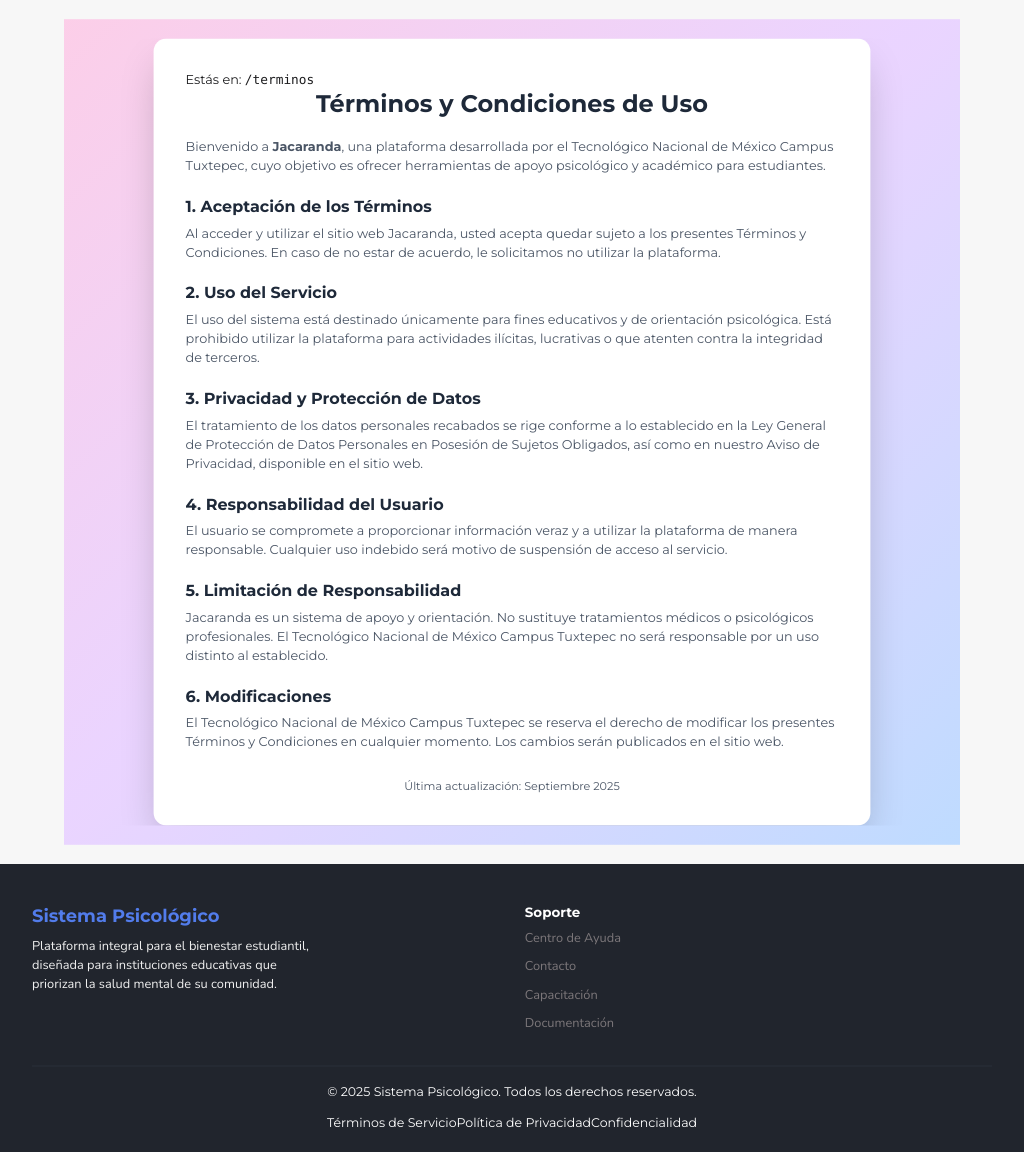
Repository: moon1710/SistemaPsico
Page: /terminos (app in client/)
The author's editor kept a copy of each file at every save. The page is drawn from the files as they stood at one save, then again after the next save.
The browser window is 1280 px wide. The pictures show the whole page, at 80% of full size.
The project was rebuilt for these pictures with package versions that can differ from the ones it lists, and the page was loaded fresh each time. Also part of the build but not shown: client/vite.config.js, client/src/components/onboarding/onboardingConfig.js, client/src/components/onboarding/TutorialSteps.jsx, client/src/components/onboarding/WelcomeForm.jsx, client/src/components/onboarding/OnboardingModal.jsx, client/src/components/layout/AdaptiveSidebar/sidebarConfig.jsx, client/src/components/layout/AdaptiveSidebar/MenuItem.jsx, client/src/components/layout/AdaptiveSidebar/SidebarHeader.jsx and 40 more.

Above is the page before, as saved 2025-09-21 17:29:14.

### client/index.html
<!doctype html>
<html lang="en">
  <head>
    <meta charset="UTF-8" />
    <link rel="icon" type="image/svg+xml" href="/idea.png" />
    <meta name="viewport" content="width=device-width, initial-scale=1.0" />
    <title>Sistema Psicológico</title>
  </head>
  <body>
    <div id="root"></div>
    <script type="module" src="/src/main.jsx"></script>
  </body>
</html>

### client/src/App.jsx
import React from "react";
import { Routes, Route } from "react-router-dom";
import { useAuth } from "./contexts/AuthContext";

// Importar el provider y componentes del onboarding
import { OnboardingProvider } from "./contexts/OnboardingContext";
import OnboardingModal from "./components/onboarding/OnboardingModal";

import Layout from "./components/layout/Layout";
import PublicLayout from "./components/layout/PublicLayout";

import ProtectedRoute, {
  PublicOnlyRoute,
  PsychologyStaffRoute,
} from "./components/auth/ProtectedRoute";

import LandingPage from "./pages/LandingPage";
import LoginPage from "./pages/LoginPage";
import DashboardPage from "./pages/DashboardPage";

//Paginas de Info
import AboutUsPage from "./pages/AboutUsPage";
import HelpPage from "./pages/HelpPage";
import DocsPage from "./pages/DocsPage";
import TerminosPage from "./pages/TerminosPage";
import PrivacidadPage from "./pages/PrivacidadPage";
import ConfidencialidadPage from "./pages/ConfidencialidadPage";

//QuizzesPages
import PublicQuizzesPage from "./pages/quizzes/PublicQuizzesPage";
import TakeQuizPage from "./pages/quizzes/TakeQuizPage";
import MyResultsPage from "./pages/quizzes/MyResultsPage";
import AdminResultsPage from "./pages/quizzes/AdminResultsPage";
import AnalyticsPage from "./pages/quizzes/AnalyticsPage";

//AppointmentPages
import BookAppointmentPage from "./pages/citas/BookAppointmentPage";
import AgendaPage from "./pages/citas/AgendaPage";
import AvailabilityPage from "./pages/citas/AvailabilityPage";
import AppointmentDetailPage from "./pages/citas/AppointmentDetailPage";
import AdminAppointmentsPage from "./pages/citas/AdminAppointmentsPage";

import { ROUTES } from "./utils/constants";
import "./App.css";

function App() {
  const { isLoading } = useAuth();

  if (isLoading) {
    return (
      <div className="min-h-screen flex items-center justify-center bg-gray-50">
        <div className="text-center">
          <div className="animate-spin rounded-full h-12 w-12 border-b-2 border-blue-600 mx-auto mb-4"></div>
          <p className="text-gray-600">Cargando aplicación...</p>
        </div>
      </div>
    );
  }

  return (
    <OnboardingProvider>
      {/* Modal de Onboarding - Se mostrará automáticamente cuando sea la primera vez */}
      <OnboardingModal />
      <Routes>
      {/* Públicas solo para NO autenticados */}
      <Route
        path="/"
        element={
          <PublicOnlyRoute>
            <LandingPage />
          </PublicOnlyRoute>
        }
      />
      <Route
        path={ROUTES.LOGIN}
        element={
          <PublicOnlyRoute>
            <LoginPage />
          </PublicOnlyRoute>
        }
      />

      {/* Públicas ABIERTAS */}
      <Route
        path={ROUTES.ABOUTUS}
        element={
          <PublicLayout>
            <AboutUsPage />
          </PublicLayout>
        }
      />
      <Route
        path={ROUTES.HELP}
        element={
          <PublicLayout>
            <HelpPage />
          </PublicLayout>
        }
      />
      <Route
        path={ROUTES.TERMINOS}
        element={
          <PublicLayout>
            <TerminosPage />
          </PublicLayout>
        }
      />
      <Route
        path={ROUTES.PRIVACIDAD}
        element={
          <PublicLayout>
            <PrivacidadPage />
          </PublicLayout>
        }
      />
      <Route
        path={ROUTES.DOCUMENTACION}
        element={
          <PublicLayout>
            <DocsPage />
          </PublicLayout>
        }
      />
      <Route
        path={ROUTES.CONFINDENCIALIDAD}
        element={
          <PublicLayout>
            <ConfidencialidadPage />
          </PublicLayout>
        }
      />
      {/* Alias opcional correcto */}
      <Route
        path={ROUTES.CONFIDENCIALIDAD_ALIAS}
        element={
          <PublicLayout>
            <ConfidencialidadPage />
          </PublicLayout>
        }
      />

      {/* Quizzes (protegidas) */}
      <Route
        path={ROUTES.QUIZ_CONTESTAR}
        element={
          <ProtectedRoute>
            <Layout>
              <PublicQuizzesPage />
            </Layout>
          </ProtectedRoute>
        }
      />
      <Route
        path={ROUTES.QUIZ_CONTESTAR_DETALLE}
        element={
          <ProtectedRoute>
            <Layout>
              <TakeQuizPage />
            </Layout>
          </ProtectedRoute>
        }
      />
      <Route
        path={ROUTES.MIS_RESULTADOS}
        element={
          <ProtectedRoute>
            <Layout>
              <MyResultsPage />
            </Layout>
          </ProtectedRoute>
        }
      />
      <Route
        path={ROUTES.QUIZ_RESULTADOS_ADMIN}
        element={
          <ProtectedRoute requiredRoles={['PSICOLOGO', 'ORIENTADOR', 'ADMIN_INSTITUCION', 'SUPER_ADMIN_INSTITUCION', 'SUPER_ADMIN_NACIONAL']}>
            <Layout>
              <AdminResultsPage />
            </Layout>
          </ProtectedRoute>
        }
      />
      <Route
        path={ROUTES.QUIZ_ANALYTICS_ADMIN}
        element={
          <ProtectedRoute requiredRoles={['PSICOLOGO', 'ORIENTADOR', 'ADMIN_INSTITUCION', 'SUPER_ADMIN_INSTITUCION', 'SUPER_ADMIN_NACIONAL']}>
            <Layout>
              <AnalyticsPage />
            </Layout>
          </ProtectedRoute>
        }
      />

      {/* Appointment Routes */}
      {/* Student - Book Appointment */}
      <Route
        path={ROUTES.AGENDAR_CITA}
        element={
          <ProtectedRoute requiredRoles={['ESTUDIANTE']}>
            <Layout>
              <BookAppointmentPage />
            </Layout>
          </ProtectedRoute>
        }
      />

      {/* Appointment Detail - Accessible by students and psychologists */}
      <Route
        path={ROUTES.CITA_DETALLE}
        element={
          <ProtectedRoute requiredRoles={['ESTUDIANTE', 'PSICOLOGO']}>
            <Layout>
              <AppointmentDetailPage />
            </Layout>
          </ProtectedRoute>
        }
      />

      {/* Psychologist - Agenda */}
      <Route
        path={ROUTES.AGENDA}
        element={
          <ProtectedRoute requiredRoles={['PSICOLOGO']}>
            <Layout>
              <AgendaPage />
            </Layout>
          </ProtectedRoute>
        }
      />

      {/* Psychologist - Availability Configuration */}
      <Route
        path={ROUTES.DISPONIBILIDAD}
        element={
          <ProtectedRoute requiredRoles={['PSICOLOGO']}>
            <Layout>
              <AvailabilityPage />
            </Layout>
          </ProtectedRoute>
        }
      />

      {/* Admin - Appointments Management */}
      <Route
        path={ROUTES.CITAS_ADMIN}
        element={
          <ProtectedRoute requiredRoles={['ADMIN_INSTITUCION', 'SUPER_ADMIN_INSTITUCION', 'SUPER_ADMIN_NACIONAL']}>
            <Layout>
              <AdminAppointmentsPage />
            </Layout>
          </ProtectedRoute>
        }
      />

      {/* Protegidas */}
      <Route
        path={ROUTES.DASHBOARD}
        element={
          <ProtectedRoute>
            <Layout>
              <DashboardPage />
            </Layout>
          </ProtectedRoute>
        }
      />
      </Routes>
    </OnboardingProvider>
  );
}

export default App;

### client/src/contexts/OnboardingContext.jsx
// client/src/contexts/OnboardingContext.jsx
import React, { createContext, useContext, useState, useEffect } from "react";
import { useAuth } from "./AuthContext";

const OnboardingContext = createContext();

export const useOnboarding = () => {
  const context = useContext(OnboardingContext);
  if (!context) {
    throw new Error("useOnboarding debe usarse dentro de OnboardingProvider");
  }
  return context;
};

export const OnboardingProvider = ({ children }) => {
  const { user, setUser } = useAuth();
  const [isFirstTime, setIsFirstTime] = useState(false);
  const [showOnboarding, setShowOnboarding] = useState(false);
  const [currentStep, setCurrentStep] = useState(0);
  const [onboardingCompleted, setOnboardingCompleted] = useState(false);

  // Clave para localStorage basada en el usuario
  const getStorageKey = () => {
    return user?.id ? `onboarding_completed_${user.id}` : null;
  };

  // Verificar si es primera vez del usuario
  useEffect(() => {
    if (user?.id) {
      // PRIORIDAD TOTAL al campo perfilCompletado de la BD
      const profileCompleted = user.perfilCompletado === 1 || user.perfilCompletado === true;

      console.log('🔍 [OnboardingContext] Verificando estado:', {
        userId: user.id,
        perfilCompletado: user.perfilCompletado,
        profileCompleted,
        shouldShowModal: !profileCompleted
      });

      if (!profileCompleted) {
        // Perfil NO completado -> mostrar modal
        setIsFirstTime(true);
        setShowOnboarding(true);
        setOnboardingCompleted(false);
        console.log('📝 [OnboardingContext] Mostrando modal de onboarding');
      } else {
        // Perfil completado -> no mostrar modal
        setIsFirstTime(false);
        setShowOnboarding(false);
        setOnboardingCompleted(true);
        console.log('✅ [OnboardingContext] Perfil ya completado, ocultando modal');
      }
    }
  }, [user?.id, user?.perfilCompletado]);

  // Refrescar datos del usuario desde el servidor
  const refreshUserProfile = async () => {
    try {
      const token = localStorage.getItem('auth_token');
      if (!token) return;

      const response = await fetch('/api/auth/profile', {
        method: 'GET',
        headers: {
          'Authorization': `Bearer ${token}`,
          'Content-Type': 'application/json',
        },
        credentials: 'include',
      });

      if (response.ok) {
        const result = await response.json();
        if (result.success && result.data?.user) {
          const freshUser = result.data.user;
          setUser(freshUser);
          console.log('🔄 [OnboardingContext] Usuario refrescado desde servidor:', freshUser);

          // También actualizar localStorage
          localStorage.setItem('user_data', JSON.stringify(freshUser));
          return freshUser;
        }
      }
    } catch (error) {
      console.error('❌ [OnboardingContext] Error refrescando usuario:', error);
    }
    return null;
  };

  // Marcar onboarding como completado
  const completeOnboarding = async () => {
    if (user?.id) {
      const storageKey = getStorageKey();
      localStorage.setItem(storageKey, "true");
      setOnboardingCompleted(true);
      setShowOnboarding(false);
      setIsFirstTime(false);

      // IMPORTANTE: Obtener datos frescos del servidor en lugar de solo actualizar localmente
      console.log('🔄 [OnboardingContext] Refrescando datos del usuario desde servidor...');
      const freshUser = await refreshUserProfile();

      if (freshUser) {
        console.log('✅ [OnboardingContext] Usuario actualizado con datos frescos');
      } else {
        // Fallback: actualizar localmente si falla la petición
        const updatedUser = {
          ...user,
          perfilCompletado: 1
        };
        setUser(updatedUser);
        console.log('⚠️ [OnboardingContext] Fallback: Usuario actualizado localmente');
      }
    }
  };

  // Reiniciar onboarding (para testing o reactivar)
  const resetOnboarding = () => {
    if (user?.id) {
      const storageKey = getStorageKey();
      localStorage.removeItem(storageKey);
      setOnboardingCompleted(false);
      setIsFirstTime(true);
      setShowOnboarding(true);
      setCurrentStep(0);
    }
  };

  // Navegar entre pasos
  const nextStep = () => {
    setCurrentStep((prev) => prev + 1);
  };

  const prevStep = () => {
    setCurrentStep((prev) => Math.max(0, prev - 1));
  };

  const goToStep = (step) => {
    setCurrentStep(step);
  };

  // Cerrar onboarding sin completar
  const closeOnboarding = () => {
    setShowOnboarding(false);
  };

  const value = {
    isFirstTime,
    showOnboarding,
    currentStep,
    onboardingCompleted,
    completeOnboarding,
    resetOnboarding,
    nextStep,
    prevStep,
    goToStep,
    closeOnboarding,
    user,
  };

  return (
    <OnboardingContext.Provider value={value}>
      {children}
    </OnboardingContext.Provider>
  );
};

### client/src/components/layout/PublicLayout.jsx
// components/layout/PublicLayout.jsx
import Footer from "./Footer";

export default function PublicLayout({ children }) {
  return (
    <div className="min-h-screen bg-[#f7f7f7] text-[#1d1d1f]">
      <main className="max-w-6xl mx-auto px-4 py-6">{children}</main>
      <Footer />
    </div>
  );
}

### client/src/pages/TerminosPage.jsx
// src/pages/TerminosPage.jsx
import { useLocation } from "react-router-dom";

export default function TerminosPage() {
  const { pathname } = useLocation();

  return (

      <div className="min-h-screen flex items-center justify-center bg-gradient-to-br from-pink-200 via-purple-200 to-blue-200 p-6">
        <section className="hero-section">
      <div className="bg-white shadow-2xl rounded-2xl max-w-4xl w-full p-10 overflow-y-auto">
        Estás en: <code>{pathname}</code>
        <h1 className="text-3xl font-bold text-center text-gray-800 mb-6">
          Términos y Condiciones de Uso
        </h1>

        <p className="text-gray-600 mb-4">
          Bienvenido a <strong>Jacaranda</strong>, una plataforma desarrollada
          por el Tecnológico Nacional de México Campus Tuxtepec, cuyo objetivo
          es ofrecer herramientas de apoyo psicológico y académico para
          estudiantes.
        </p>

        <h2 className="text-xl font-semibold text-gray-800 mt-6 mb-2">
          1. Aceptación de los Términos
        </h2>
        <p className="text-gray-600 mb-4">
          Al acceder y utilizar el sitio web Jacaranda, usted acepta quedar
          sujeto a los presentes Términos y Condiciones. En caso de no estar de
          acuerdo, le solicitamos no utilizar la plataforma.
        </p>

        <h2 className="text-xl font-semibold text-gray-800 mt-6 mb-2">
          2. Uso del Servicio
        </h2>
        <p className="text-gray-600 mb-4">
          El uso del sistema está destinado únicamente para fines educativos y
          de orientación psicológica. Está prohibido utilizar la plataforma para
          actividades ilícitas, lucrativas o que atenten contra la integridad de
          terceros.
        </p>

        <h2 className="text-xl font-semibold text-gray-800 mt-6 mb-2">
          3. Privacidad y Protección de Datos
        </h2>
        <p className="text-gray-600 mb-4">
          El tratamiento de los datos personales recabados se rige conforme a
          lo establecido en la Ley General de Protección de Datos Personales en
          Posesión de Sujetos Obligados, así como en nuestro Aviso de
          Privacidad, disponible en el sitio web.
        </p>

        <h2 className="text-xl font-semibold text-gray-800 mt-6 mb-2">
          4. Responsabilidad del Usuario
        </h2>
        <p className="text-gray-600 mb-4">
          El usuario se compromete a proporcionar información veraz y a utilizar
          la plataforma de manera responsable. Cualquier uso indebido será
          motivo de suspensión de acceso al servicio.
        </p>

        <h2 className="text-xl font-semibold text-gray-800 mt-6 mb-2">
          5. Limitación de Responsabilidad
        </h2>
        <p className="text-gray-600 mb-4">
          Jacaranda es un sistema de apoyo y orientación. No sustituye
          tratamientos médicos o psicológicos profesionales. El Tecnológico
          Nacional de México Campus Tuxtepec no será responsable por un uso
          distinto al establecido.
        </p>

        <h2 className="text-xl font-semibold text-gray-800 mt-6 mb-2">
          6. Modificaciones
        </h2>
        <p className="text-gray-600 mb-4">
          El Tecnológico Nacional de México Campus Tuxtepec se reserva el
          derecho de modificar los presentes Términos y Condiciones en cualquier
          momento. Los cambios serán publicados en el sitio web.
        </p>

        <p className="text-gray-600 mt-8 text-sm text-center">
          Última actualización: Septiembre 2025
        </p>
      </div>
      </section>
    </div>
  );
}

### client/src/components/layout/Footer.jsx
import { Link } from "react-router-dom";
import { ROUTES } from "../../utils/constants";

export default function Footer() {
  return (
    <footer className="footer">
      <div className="footer-inner">
        <div className="footer-main">
          <div>
            <h3 className="footer-title">Sistema Psicológico</h3>
            <p className="footer-desc">
              Plataforma integral para el bienestar estudiantil, diseñada para
              instituciones educativas que priorizan la salud mental de su
              comunidad.
            </p>
          </div>

          <div>
            <h4
              className="footer-title"
              style={{ color: "#fff", fontWeight: 600, fontSize: "1.05rem" }}
            >
              Soporte
            </h4>
            <ul className="footer-links">
              <li>
                <Link to={ROUTES.HELP}>Centro de Ayuda</Link>
              </li>
              <li>
                <Link to={ROUTES.ABOUTUS}>Contacto</Link>
              </li>
              <li>
                <Link to={ROUTES.DOCUMENTACION}>Capacitación</Link>
              </li>
              <li>
                <Link to={ROUTES.DOCUMENTACION}>Documentación</Link>
              </li>
            </ul>
          </div>
        </div>

        <div className="footer-bottom">
          <p>
            © {new Date().getFullYear()} Sistema Psicológico. Todos los derechos
            reservados.
          </p>
          <div className="footer-bottom-links">
            <Link to={ROUTES.TERMINOS}>Términos de Servicio</Link>
            <Link to={ROUTES.PRIVACIDAD}>Política de Privacidad</Link>
            <Link to={ROUTES.CONFINDENCIALIDAD}>Confidencialidad</Link>
          </div>
        </div>
      </div>
    </footer>
  );
}

Loaded but not shown: client/src/main.jsx (common file); client/src/App.css (common file); client/src/utils/constants.js (213 lines, source omitted); client/src/services/authService.js (219 lines, source omitted); client/src/utils/roles.js (38 lines, source omitted); client/src/index.css (441 lines, source omitted); client/src/contexts/AuthContext.jsx (292 lines, source omitted)

After the next save:
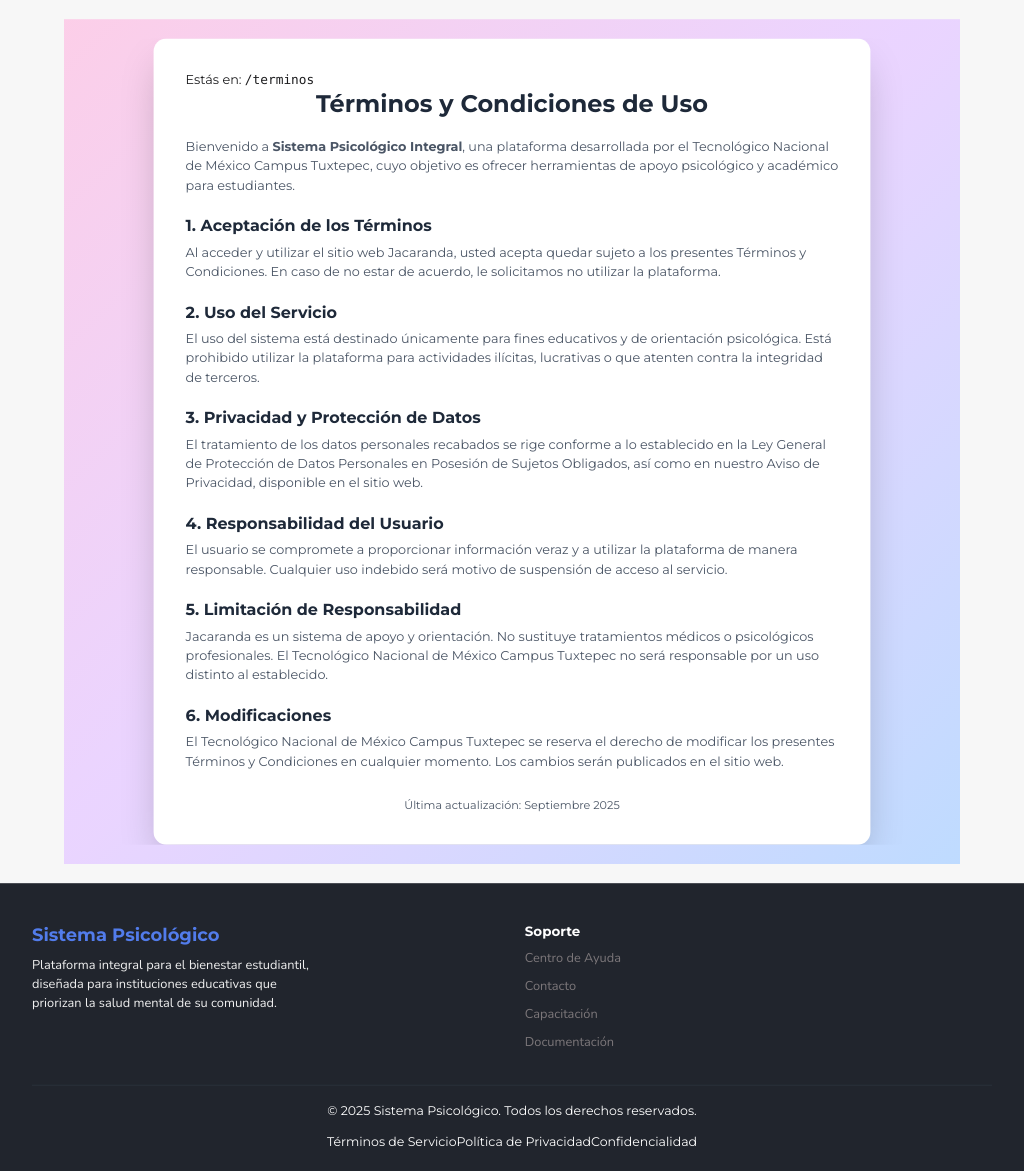
Saved 66 s later.
--- a/client/src/pages/TerminosPage.jsx
+++ b/client/src/pages/TerminosPage.jsx
@@ -15,7 +15,7 @@
         </h1>
 
         <p className="text-gray-600 mb-4">
-          Bienvenido a <strong>Jacaranda</strong>, una plataforma desarrollada
+          Bienvenido a <strong>Sistema Psicológico Integral</strong>, una plataforma desarrollada
           por el Tecnológico Nacional de México Campus Tuxtepec, cuyo objetivo
           es ofrecer herramientas de apoyo psicológico y académico para
           estudiantes.
